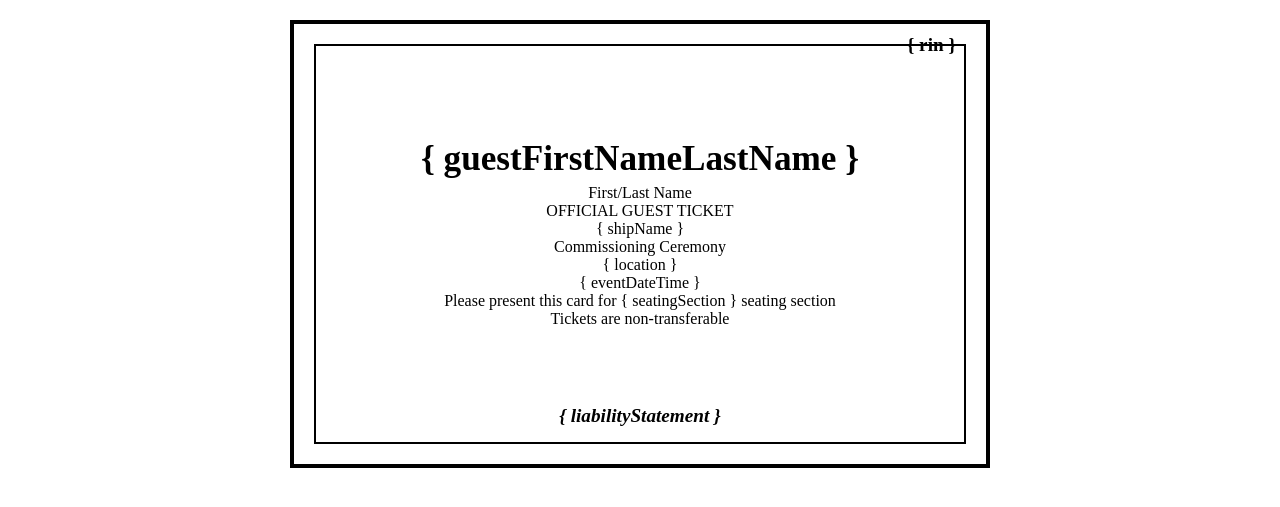
Repository: yaleevans/SabelWeasyPrintPDFLambda
Page: event_ticket_template.html
An editor plug-in stored every save of this project. The page is shown before and after the next save, followed by the edit.
The browser window is 1280 px wide. The pictures show the whole page.

Above is the page before, as saved 2025-10-17 09:32:30.

After the next save:
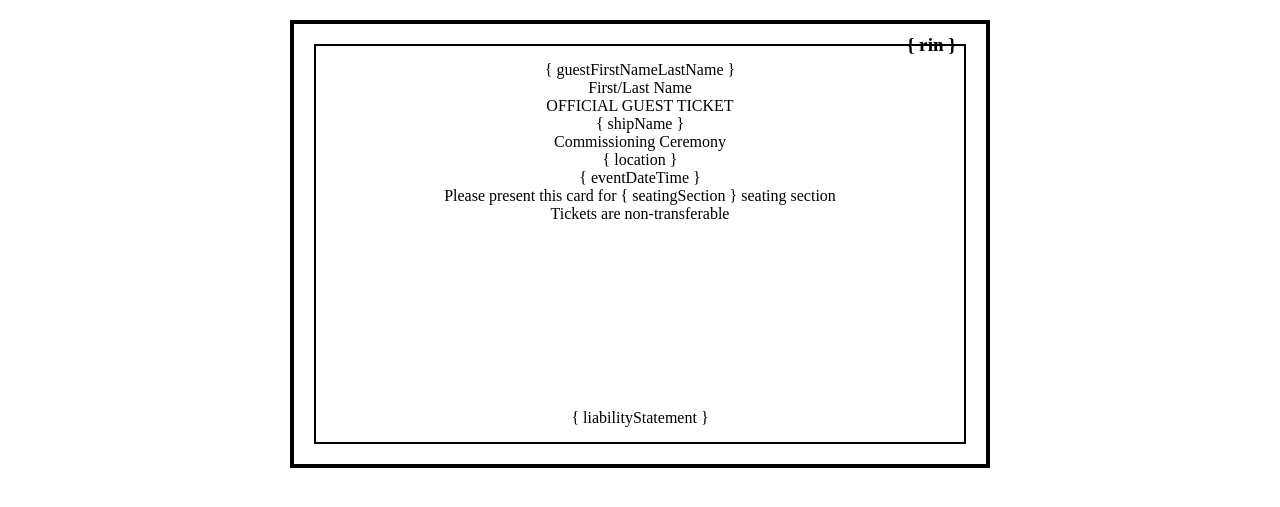
Saved 11 min 45 s later.
--- a/event_ticket_template.html
+++ b/event_ticket_template.html
@@ -4,7 +4,6 @@
     <title>Official Guest Ticket</title>
     <style>
         body {
-            /* Remove margin/padding to prevent extra space on the PDF page */
             margin: 0;
             padding: 0;
             font-family: 'Times New Roman', Times, serif;
@@ -13,26 +12,26 @@
         .ticket-container {
             border: 4px solid black;
             padding: 20px;
-            margin: 20px auto; /* Use 'auto' to center the ticket horizontally */
+            margin: 20px auto; /* FIX: Changed from 'margin: 20px;' to '20px auto' for centering */
             text-align: center;
             color: black;
             box-sizing: border-box;
-            width: 700px; /* Keep the fixed width for consistent sizing */
-            /* REMOVE THIS LINE: height: calc(100vh - 40px); */
+            /* FIX: REMOVED height: calc(100vh - 40px); to eliminate extra space */
+            width: 700px; /* Added fixed width for sizing consistency */
             position: relative;
         }
         .inner-border {
             border: 2px solid black;
             padding: 15px;
-            /* REMOVE THIS LINE: height: calc(100% - 30px); */
+            /* FIX: REMOVED height: calc(100% - 30px); to eliminate extra space */
+            min-height: 400px; /* Use min-height to ensure a minimum ticket size */
             box-sizing: border-box;
             display: flex;
             flex-direction: column;
             justify-content: space-between;
             align-items: center;
-            min-height: 400px; /* Optional: Use min-height to ensure a minimum ticket size */
         }
-        /* FIX: Ticket Number placement and color */
+        /* --- NEW CSS FOR OVERLAY (Ticket number placement) --- */
         .ticket-number-overlay {
             position: absolute;
             top: 5px;
@@ -40,33 +39,11 @@
             padding: 5px;
             font-size: 1.2em;
             font-weight: bold;
-            color: black; /* FIX: Set to black */
+            color: black;
+            background-color: transparent;
             z-index: 10;
         }
-        /* --- EXISTING STYLES (Color fixes applied) --- */
-        .content {
-            flex-grow: 1;
-            display: flex;
-            flex-direction: column;
-            justify-content: center;
-            align-items: center;
-            width: 100%;
-        }
-        .guest-name {
-            font-size: 2.2em;
-            font-weight: bold;
-            margin-bottom: 5px;
-            color: black; /* FIX: Set to black */
-        }
-        .guest-name-label, .ticket-title, .ship-name, .commissioning-text, .instructions, .transfer-info, .waiver-text {
-            color: black;
-        }
-        .waiver-text {
-            font-size: 1.2em;
-            font-style: italic;
-            font-weight: bold;
-            color: black; /* FIX: Set to black */
-        }
+        /* --- (Other existing CSS remains the same) --- */
     </style>
 </head>
 <body>
